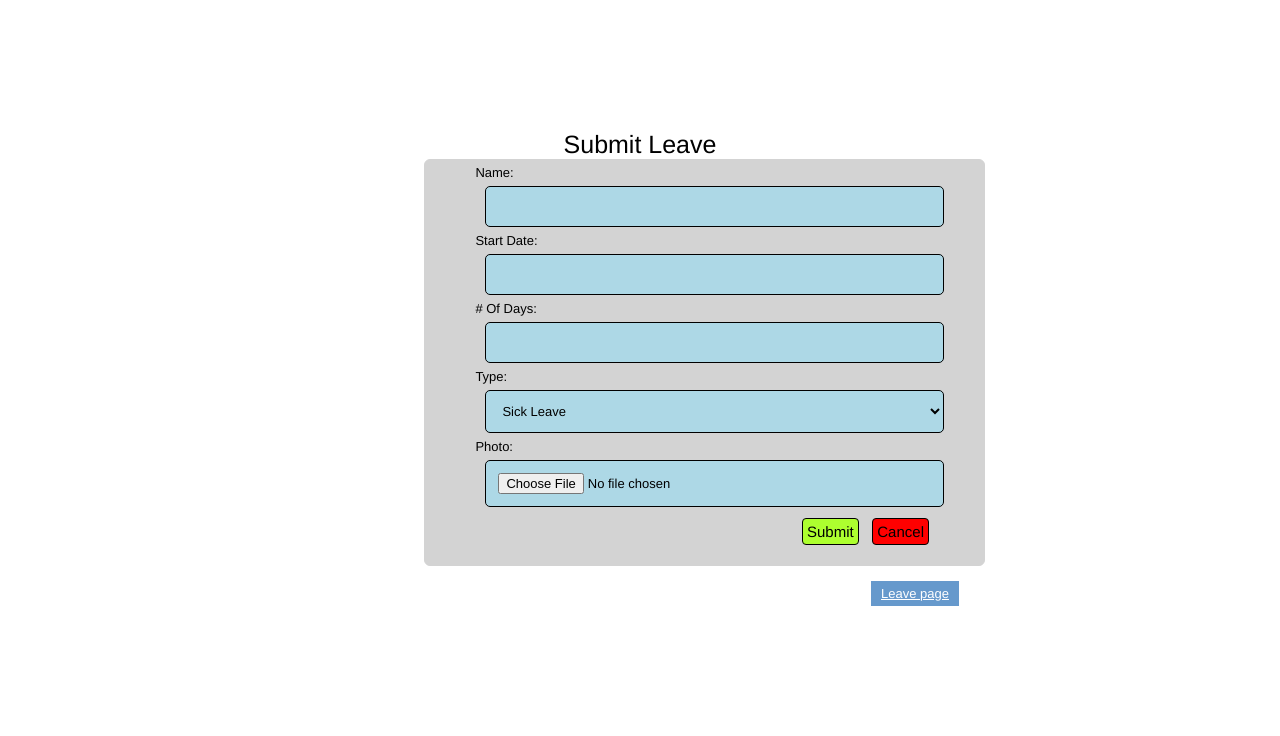
Repository: Murad71/BasicCRUD
Page: index.html
The author's editor kept a copy of each file at every save. The page is drawn from the files as they stood at one save, then again after the next save.
The browser window is 1280 px wide. The pictures show the whole page.

Above is the page before, as saved 2023-04-18 21:43:58.

### index.html
<!DOCTYPE html>
<html lang="en">
  <head>
    <meta charset="UTF-8" />
    <meta http-equiv="X-UA-Compatible" content="IE=edge" />
    <meta name="viewport" content="width=device-width, initial-scale=1.0" />
    <link rel="stylesheet" href="index.css" />
    <title>Leave Request</title>
  </head>
  <body>
    <div class="flex1">
      <form id="form1">
        <header>Submit Leave</header>
        <div class="container">
          <label for="name">Name:</label>
          <input type="text" id="name" name="name" />
          <br />
          <label for="startdate">Start Date:</label>
          <input type="text" id="startdate" name="startdate" />
          <br />
          <label for="days"># Of Days:</label>
          <input type="text" id="days" name="days" />
          <br />
          <label for="leaves">Type:</label>
          <select id="leave" name="leaves" required>
            <option value="Sick leave">Sick Leave</option>
            <option value="Early leave">Early Leave</option>
            <option value="Vacation leave">Vacation Leave</option>
            <option value="Other">Other</option>
          </select>
          <br />
          <label for="photo">Photo:</label>
          <input type="file" id="photo" name="photo"/>
          <div class="button-container">
            <input type="submit" value="Submit" id="submitButton"/>
            <input type="reset" value="Cancel" class="cancel" />
          </div>
        </div>
      </form>
      <div class="anchorContainer">
        <a href="index1.html"> Leave page</a>
        <!--Added the hyperlink here-->
      </div>
    </div>
    <script src="script.js"></script>
  </body>
</html>

### index.css
* {
  box-sizing: border-box;
  font-family: "Franklin Gothic Medium", "Arial Narrow", Arial, sans-serif;
  font-size: small;
}

.flex1
{
  align-items: center;
  display: flex;
  justify-content: center;
  height: 100vh;
  flex-direction: column;
}

.container {
  background-color: lightgray;
  padding: 5px 50px 15px 50px;
  border: 1px solid lightgray;
  border-radius: 6px;
  flex-direction: column;
  margin-bottom: 15px;
  width: 130%;
}

header {
  font-size: 25px;
  text-align: center;
}

input[type="text"],
input[type="file"],
select,
textarea {
  width: 100%;
  padding: 12px;
  margin: 6px;
  border: 1px solid;
  border-radius: 5px;
  margin-left: 10px;
  background-color: lightblue;
}

.button-container {
  text-align: right;
}

input[type="submit"],
input[type="reset"] {
  font-size: 15px;
  border: 1px solid;
  margin: 5px;
  padding: 4px;
  background-color: greenyellow;
  border-radius: 4px;
}

input[type="reset"].cancel {
  background-color: red;
}

.anchorContainer {
  margin-left: 550px;
}

a {
  display: inline-block;
  background: #69c;
  color: #fff;
  padding: 5px 10px;
}

### script.js
let storage=JSON.parse(localStorage.getItem('store')) || [];
let index=JSON.parse(localStorage.getItem('rIndex')) || null;
const submitButtonCatch=document.getElementById("submitButton");
const img= new Image();

//after clicking the submit button
submitButtonCatch.addEventListener("click",() =>{
    const form=document.getElementById("form1");
    let object={};
    let flag=true;

    object["id"]= Date.now();
    for(let i=0;i<form.length;i++)
    {
        if(form.elements[i].name=="photo")
        {
            object[form.elements[i].name]= img.src;
        }
        else
        {
            object[form.elements[i].name]=form.elements[i].value;
        }
        if(form.elements[i].value=='')
        {
            flag=false;
            alert("WARNING: Fill all the given Input correctly.");
            break;
        }
        if(form.elements[i].name=="days" && (form.elements[i].value>7 || form.elements[i].value<1))
        {
            flag=false;
            alert("WARNING: Enter a valid number for vacation");
            break;
        }
    }

    if(flag)
    {
        alert("Your data has been submitted Successfully!!");
        if(index!=null)
        {
            storage[index]=object;
            index=null;
        }
        else storage.push(object);


        localStorage.setItem('store',JSON.stringify(storage));
        localStorage.setItem('rIndex',JSON.stringify(index));
        form.reset();
    }
});


//base64 conversion
const fileEl= document.getElementById('photo');
fileEl.addEventListener('change', () =>{

    const fr= new FileReader();
    fr.readAsDataURL(fileEl.files[0]);

    fr.addEventListener('load', ()=>{

        const url= fr.result;
        img.src= url;

    });

});


console.log(storage);



// let submitButtonClicked=document.getElementById("submitButton");
// let indx=0;
// let flag= true;
// let obj={};

// submitButtonClicked.addEventListener('click',() =>{

//     const form= document.getElementById('form1');
//     obj["id"]= indx;
//     indx++;
//     for(let i=0; i<form.length; i++)
//     {
//         obj[form.elements[i].name]=form.elements[i].value;
//         if(form.elements[i].value=='')
//         {
//             flag=false;
//             alert("WARNING: Fill all the given Input correctly.");
//             break;
//         }
//         if(form.elements[i].name=="days" && (form.elements[i].value>7 || form.elements[i].value<1))
//         {
//             flag=false;
//             alert("WARNING: Enter a valid number for vacation");
//             break;
//         }
//     }

//     if(flag)
//     {
//         alert("Data entered successfully!");
//         insertData();
//     }

// });


// function intertData()
// {
//     const table = document.getElementsByClassName("tbody1")[0];
//           var row=document.createElement('tr');
//            row.innerHTML = `<td>${obj.name}</td>
//                 <td>${obj.startdate}</td>
//                 <td>${obj.days}</td>
//                 <td>${obj.leaves}</td>
//                 <td><img id="img" src=${obj.photo} alt=""></td>
//                 <td><a href="index.html" id="edit">Edit</a> <input type='button' value= 'Reject' name=${obj.id} id="reject"/></td>`;
//             table.appendChild(row);
// }

After the next save:
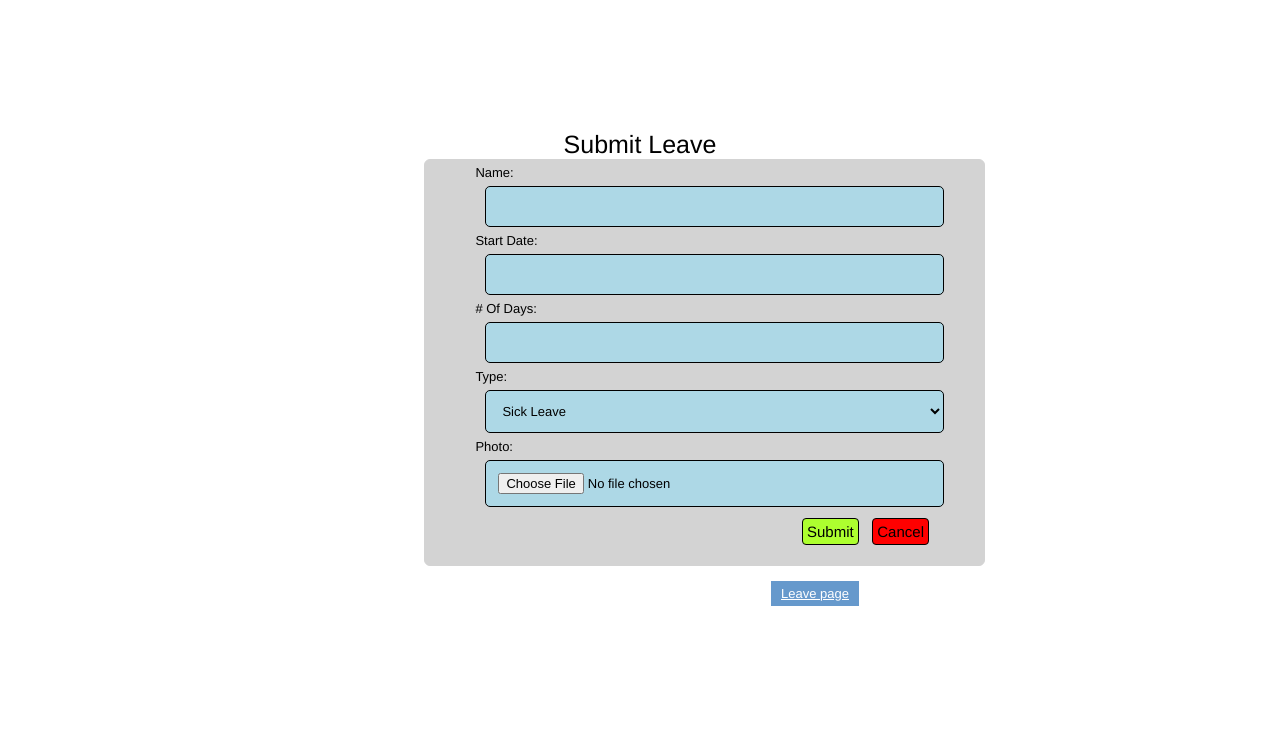
Saved 21 s later.
--- a/index.css
+++ b/index.css
@@ -60,7 +60,7 @@ input[type="reset"].cancel {
 }
 
 .anchorContainer {
-  margin-left: 550px;
+  margin-left: 350px;
 }
 
 a {
